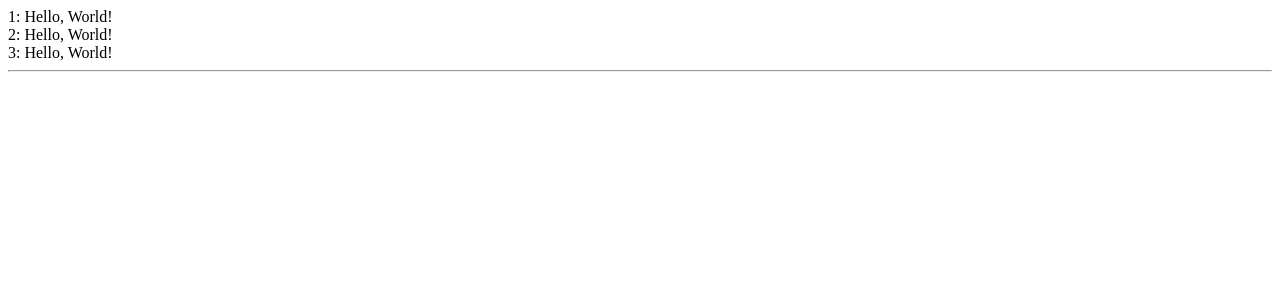
Repository: KimMinseooo/itwillStudy
Page: BACKEND/JSP/workspace_jsp/StudyJavascript/src/main/webapp/js04_1031/test11.html
An editor plug-in stored every save of this project. The page is shown before and after the next save, followed by the edit.
The browser window is 1280 px wide. The pictures show the whole page.

Above is the page before, as saved 2024-10-31 01:20:47.

### BACKEND/JSP/workspace_jsp/StudyJavascript/src/main/webapp/js04_1031/test11.html
<!DOCTYPE html>
<html>
<head>
<meta charset="UTF-8">
<title>Insert title here</title>
<script type="text/javascript">

/*

	[ while 문 ]
	- for문과 달리 조건식의 위치만 정해져 있고
	  나머지 요소 (초기식, 증감식 => 생략도 가능)의 위치는 개발자가 임의로 지정하는 반복문
	- 주로 , 반복 횟수가 정해져 있지 않고 , 상황에 따른 반복을 수행할 때 주로 사용
	< 기본 문법 >

	[초기식(1);] =>초기식은 while문보다 위(앞)쪽에 위치

	while (조건식(2)) {
		[증감식(4)]
		(3) 조건식 판별 결과가 true일 경우 반복 수행
		[증감식(4)]
	}

*
*/

	let i =0;
	while (i<3) {
		i++;
		document.write(i +": Hello, World!<br>");

	}
	document.write("<hr>");








</script>
</head>
<body>

</body>
</html>

After the next save:
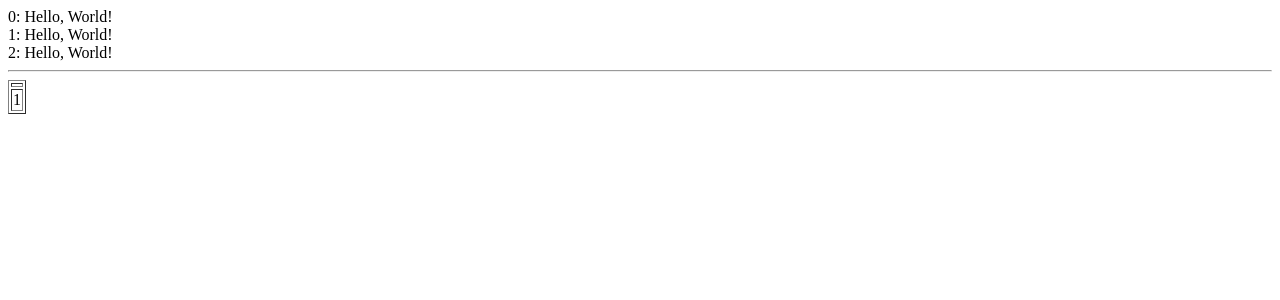
Saved 3 min 45 s later.
--- a/BACKEND/JSP/workspace_jsp/StudyJavascript/src/main/webapp/js04_1031/test11.html
+++ b/BACKEND/JSP/workspace_jsp/StudyJavascript/src/main/webapp/js04_1031/test11.html
@@ -26,11 +26,27 @@
 
 	let i =0;
 	while (i<3) {
+		document.write(i +": Hello, World!<br>");
 		i++;
-		document.write(i +": Hello, World!<br>");
 
 	}
 	document.write("<hr>");
+
+
+
+</script>
+</head>
+<body>
+
+	<table border="1">
+		<tr>
+			<th colspan="10"></th>
+		</tr>
+		<tr>
+			<td>1</td>
+		</tr>
+
+	</table>
 
 
 
@@ -38,10 +54,5 @@
 
 
 
-
-</script>
-</head>
-<body>
-
 </body>
 </html>
